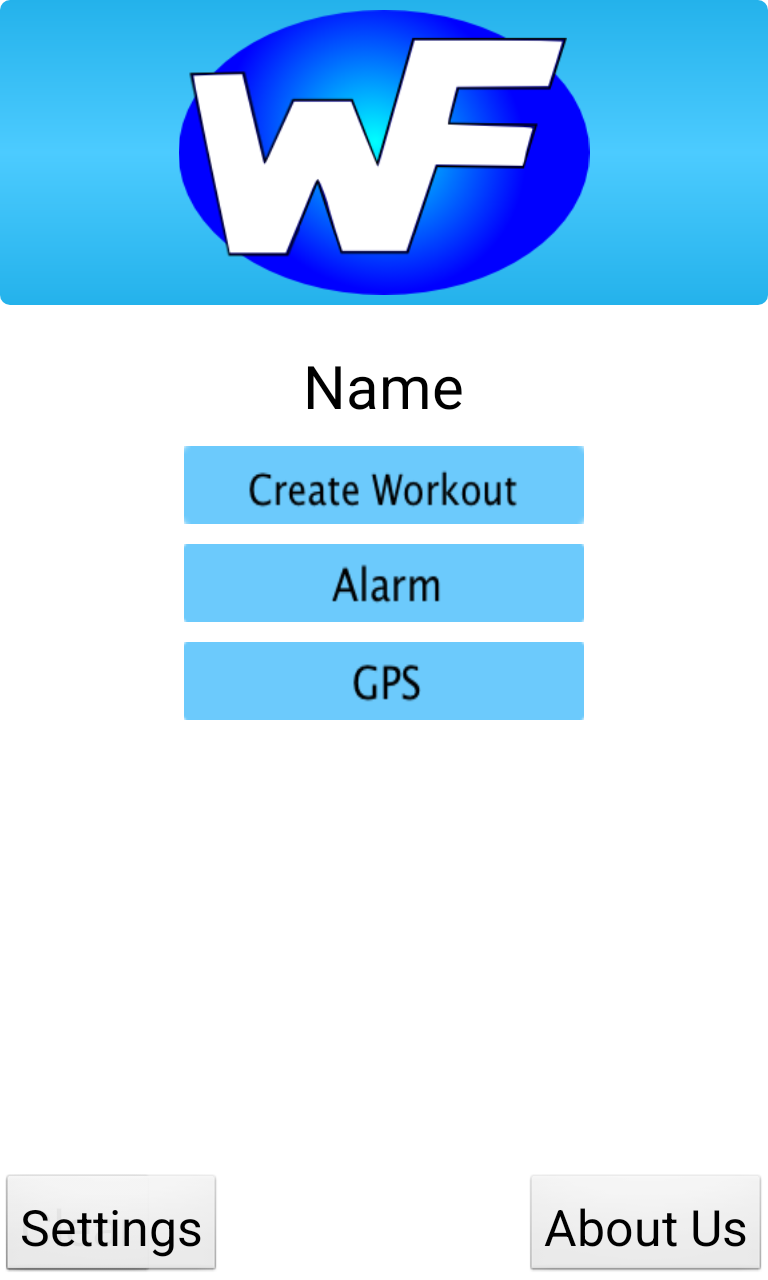
Repository: jwisch91/CS390-Project
Layout: workspace/testing/res/layout/new_file.xml
An editor plug-in stored every save of this project. The layout is shown before and after the next save, followed by the edit.
It is drawn on a 768 x 1280 px phone screen (xhdpi) without system bars, with theme android:Theme.NoTitleBar; the app's code is not run.

Above is the layout before, as saved 2013-04-02 21:25:30.

### workspace/testing/res/layout/new_file.xml
<?xml version="1.0" encoding="utf-8"?>
<RelativeLayout xmlns:android="http://schemas.android.com/apk/res/android"
    android:layout_width="fill_parent"
 	android:layout_height="fill_parent"
    android:layout_weight="0.80"
    android:background="#ffffff" >

    	 <!--  Header  Starts-->
        <LinearLayout android:id="@+id/header"
                android:layout_width="fill_parent"
                android:layout_height="wrap_content"
                android:background="@layout/header_gradient"
                android:paddingTop="5dip"
                android:paddingBottom="5dip">
                <!-- Logo Start-->
                <ImageView
                    android:layout_width="fill_parent"
                	android:layout_height="wrap_content"
               	 	android:layout_gravity="center"
                	android:src="@drawable/logo" />
                <!-- Logo Ends -->
        </LinearLayout>
        <!--  Header Ends -->

        <TextView

            android:id="@+id/Welcome"
            android:layout_width="wrap_content"
            android:layout_height="wrap_content"
            android:layout_below="@+id/header"
            android:layout_centerHorizontal="true"
            android:layout_marginTop="20dp"
            android:layout_marginBottom="10dp"
            android:text="Name"
            android:textColor="#000000"
            android:textSize="30dip" />

         <Button
             android:id="@+id/About_Us"
             android:layout_width="wrap_content"
             android:layout_height="wrap_content"
             android:layout_alignParentRight="true"
             android:text="About Us"
          	 android:padding="10dip"
             android:layout_alignParentBottom="true"
             android:textSize="25dip"
             />

         <Button
             android:id="@+id/Clear"
             android:layout_width="wrap_content"
             android:layout_height="wrap_content"
             android:layout_gravity="center"
             android:text="Clear"
          	 android:padding="10dip"
             android:layout_alignParentBottom="true"
             android:textSize="25dip"
             />

         <Button
             android:id="@+id/Settings"
             android:layout_width="wrap_content"
             android:layout_height="wrap_content"
             android:layout_alignParentLeft="true"
             android:text="Settings"
          	 android:padding="10dip"
             android:layout_alignParentBottom="true"
             android:textSize="25dip"
             />

         <Button
             android:id="@+id/Workout_Button"
             android:layout_width="wrap_content"
             android:layout_height="wrap_content"
             android:layout_alignLeft="@+id/Calender_Button"
             android:layout_alignRight="@+id/Calender_Button"
             android:layout_below="@+id/Welcome"
             android:background="@drawable/workout"
             android:padding="10dip" />

         <Button
             android:id="@+id/Calender_Button"
             android:layout_width="200dip"
             android:layout_height="wrap_content"
             android:layout_below="@+id/Workout_Button"
             android:layout_centerHorizontal="true"
             android:layout_marginTop="10dip"
             android:layout_marginBottom="10dip"
             android:background="@drawable/alarm"
             android:padding="10dip" />

         <Button
             android:id="@+id/GPS_Button"
             android:layout_width="200dip"
             android:layout_height="wrap_content"
             android:layout_alignLeft="@+id/Calender_Button"
             android:layout_below="@+id/Calender_Button"
             android:background="@drawable/gps"
             android:padding="10dip" />

</RelativeLayout>

Loaded but not shown: workspace/testing/res/layout/header_gradient.xml (common file)

After the next save:
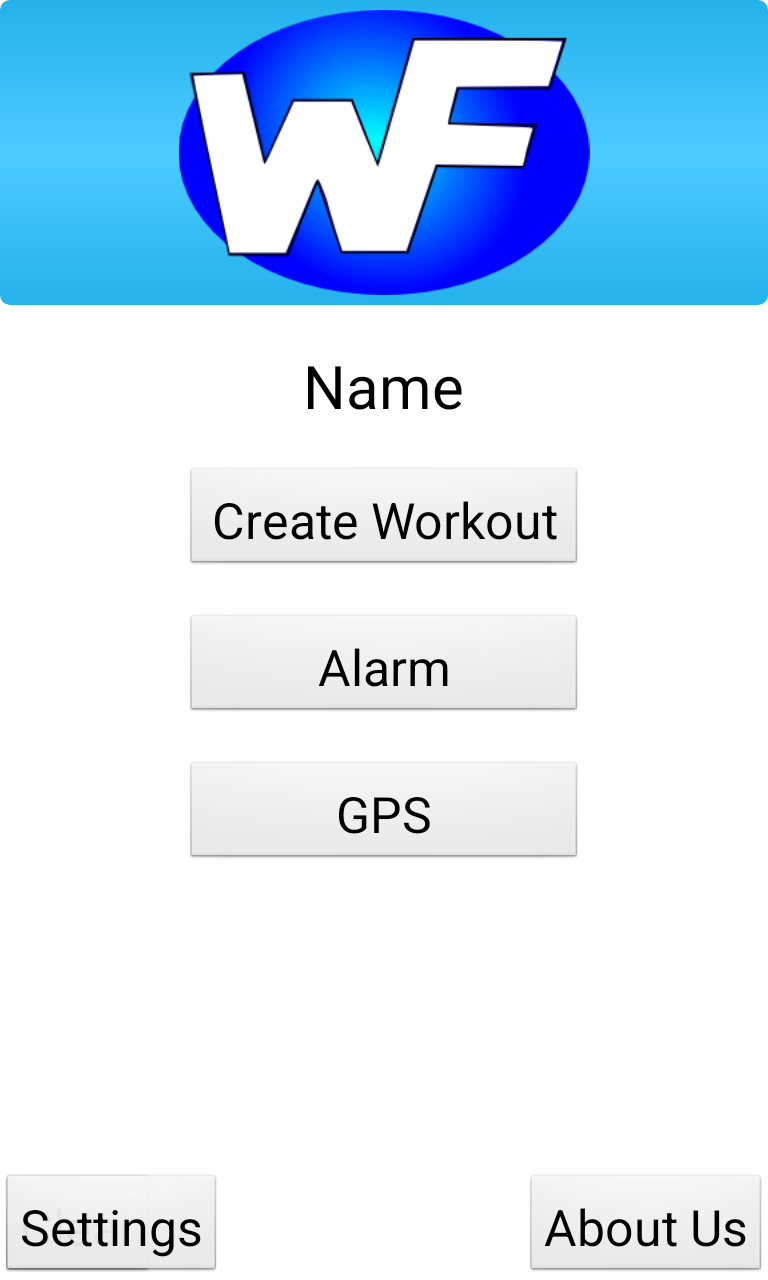
Saved 40 min 52 s later.
--- a/workspace/testing/res/layout/new_file.xml
+++ b/workspace/testing/res/layout/new_file.xml
@@ -1,5 +1,10 @@
 <?xml version="1.0" encoding="utf-8"?>
-<RelativeLayout xmlns:android="http://schemas.android.com/apk/res/android"
+<ScrollView
+  xmlns:android="http://schemas.android.com/apk/res/android"
+  android:layout_width="fill_parent"
+  android:layout_height="fill_parent"
+  android:fillViewport="true">
+<RelativeLayout
     android:layout_width="fill_parent"
  	android:layout_height="fill_parent"
     android:layout_weight="0.80"
@@ -70,13 +75,15 @@
 
          <Button
              android:id="@+id/Workout_Button"
-             android:layout_width="wrap_content"
+             android:layout_width="200dip"
              android:layout_height="wrap_content"
              android:layout_alignLeft="@+id/Calender_Button"
-             android:layout_alignRight="@+id/Calender_Button"
              android:layout_below="@+id/Welcome"
-             android:background="@drawable/workout"
-             android:padding="10dip" />
+             android:layout_marginTop="10dip"
+             android:layout_marginBottom="10dip"
+             android:padding="10dip"
+             android:text="Create Workout"
+             android:textSize="25dip" />
 
          <Button
              android:id="@+id/Calender_Button"
@@ -86,16 +93,24 @@
              android:layout_centerHorizontal="true"
              android:layout_marginTop="10dip"
              android:layout_marginBottom="10dip"
-             android:background="@drawable/alarm"
-             android:padding="10dip" />
+             android:padding="10dip"
+             android:text="Alarm"
+             android:textSize="25dip" />
 
          <Button
              android:id="@+id/GPS_Button"
              android:layout_width="200dip"
              android:layout_height="wrap_content"
+             android:layout_below="@+id/Calender_Button"
              android:layout_alignLeft="@+id/Calender_Button"
-             android:layout_below="@+id/Calender_Button"
-             android:background="@drawable/gps"
-             android:padding="10dip" />
+             android:layout_marginTop="10dip"
+             android:layout_marginBottom="10dip"
+             android:padding="10dip"
+             android:text="GPS"
+             android:textSize="25dip" />
+
+
+
 
 </RelativeLayout>
+</ScrollView>
